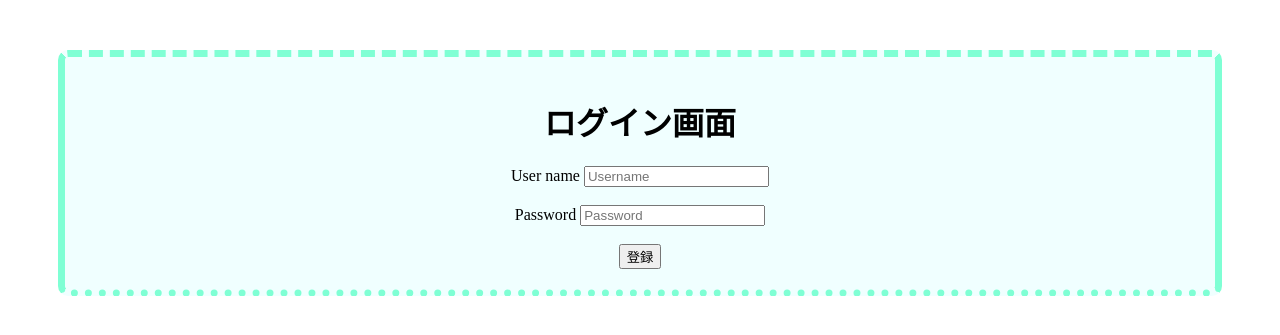
Repository: Jutta197/frontend726
Page: css_ex/login/login.html
The author's editor kept a copy of each file at every save. The page is drawn from the files as they stood at one save, then again after the next save.
The browser window is 1280 px wide. The pictures show the whole page.

Above is the page before, as saved 2023-07-31 09:32:14.

### css_ex/login/login.html
<!DOCTYPE html>
<html lang="en">

<head>
    <meta charset="UTF-8">
    <meta name="viewport" content="width=device-width, initial-scale=1.0">
    <title>Document</title>
    <link rel="stylesheet" href="style.css">
</head>

<body>
    <div class="container">
        <form action="" method="post">
            <h1>ログイン画面</h1>
            <label for="username">User name</label>
            <input type="text" id="username" name="username" placeholder="Username" required><br><br>
            <label for="password">Password</label>
            <input type="password" id="password" name="password" placeholder="Password"><br><br>
            <input type="submit" value="登録">
        </form>
    </div>

</body>

</html>

### css_ex/login/style.css
div {
    text-align: center;
    border-style: dashed solid dotted;
    border-width: 7px;
    border-color: aquamarine;
    border-radius: 10px;
    padding: 20px 10px;
    background-color: azure;
    margin: 50px 50px;

}

After the next save:
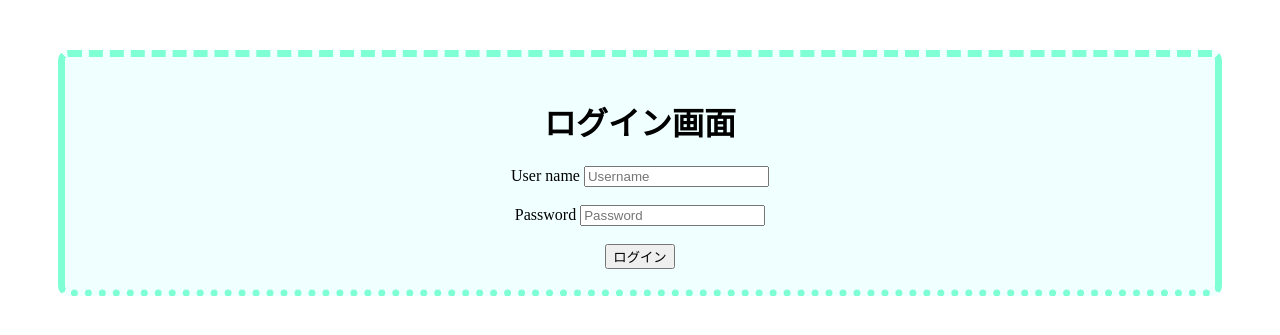
Saved 63 s later.
--- a/css_ex/login/login.html
+++ b/css_ex/login/login.html
@@ -16,7 +16,7 @@
             <input type="text" id="username" name="username" placeholder="Username" required><br><br>
             <label for="password">Password</label>
             <input type="password" id="password" name="password" placeholder="Password"><br><br>
-            <input type="submit" value="登録">
+            <input type="submit" value="ログイン" id="submit-button">
         </form>
     </div>
 
